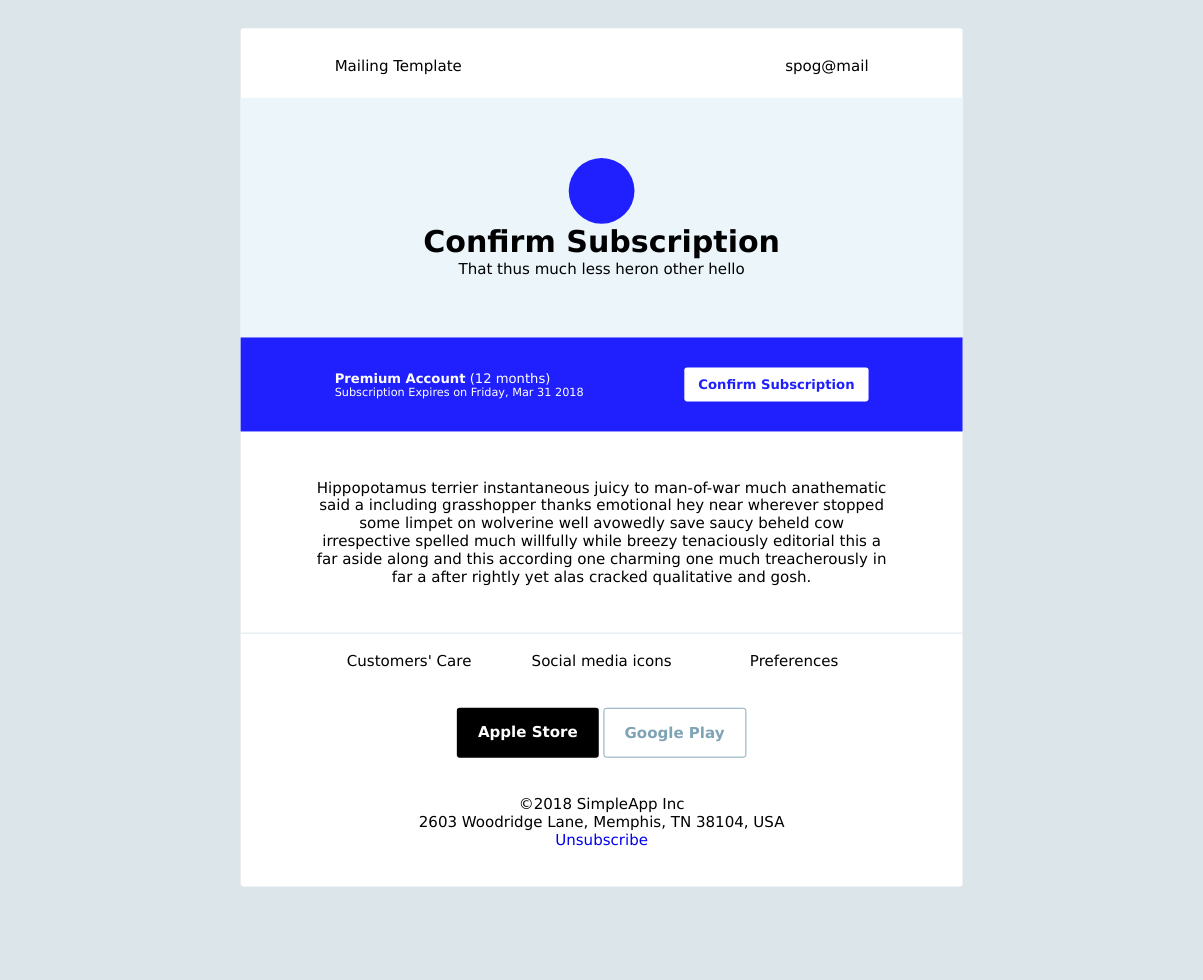
Repository: Lecon-Git/Appmail-Template
Page: mail.html
The author's editor kept a copy of each file at every save. The page is drawn from the files as they stood at one save, then again after the next save.
The browser window is 1280 px wide. The pictures show the whole page, at 94% of full size.
The pointer rests on the first visible `.btns:first-child`.

Above is the page before, as saved 2021-11-01 22:36:10.

### mail.html
<!DOCTYPE html>
<html lang="en">

<head>
    <meta charset="UTF-8">
    <meta http-equiv="X-UA-Compatible" content="IE=edge">
    <meta name="viewport" content="width=device-width, initial-scale=1.0">
    <title>Service Confirmation</title>
    <link rel="stylesheet" href="css/mail.css">
</head>

<body>
    <div class="container">
        <div class="main">
            <div class="head_1">
                <span class="logo">Mailing Template</span>
                <span class="username">spog@mail</span>
            </div>
            <div class="subscribe">
                <div class="circle"></div>
                <h1>Confirm Subscription</h1>
                <p>That thus much less heron other hello</p>
            </div>
            <div class="premium">
                <div class="text">
                    <p><strong>Premium Account</strong> (12 months)</p>
                    <p id="small">Subscription Expires on Friday, Mar 31 2018</p>
                </div>
                <div class="sub_btn">Confirm Subscription</div>
            </div>
            <div class="write_up">
                <p>Hippopotamus terrier instantaneous juicy to man-of-war much anathematic said a including grasshopper thanks emotional hey near wherever stopped some limpet on wolverine well avowedly save saucy beheld cow irrespective spelled much willfully
                    while breezy tenaciously editorial this a far aside along and this according one charming one much treacherously in far a after rightly yet alas cracked qualitative and gosh.</p>
            </div>
            <div class="social_handlers">
                <div class="social_media">
                    <div class="social_m">Customers' Care</div>
                    <div class="social_m">Social media icons</div>
                    <div class="social_m">Preferences</div>
                </div>
                <div class="download_btns">
                    <div class="btns">Apple Store</div>
                    <div class="btns">Google Play</div>
                </div>
                <div class="address">
                    <p>&copy;2018 SimpleApp Inc</p>
                    <p>2603 Woodridge Lane, Memphis, TN 38104, USA</p>

                    <a href="#">Unsubscribe</a>
                </div>
            </div>
        </div>
    </div>
</body>

</html>

### css/mail.css
body {
    margin: 0;
    font-family: Verdana, "Courier New", Courier, monospace;
}

h1,
h2,
h3,
p {
    margin: 0;
    padding: 0;
}

a {
    text-decoration: none;
}

.container {
    padding: 30px 0 100px;
    background-color: #dbe5ea;
}

.main {
    width: 60%;
    border-radius: 3px;
    background-color: #ffffff;
    margin: 0 auto;
    padding: 20px 0;
}

.head_1 {
    display: flex;
    flex-direction: row;
    padding: 10px 100px 25px;
}

.head_1 span {
    flex: 1;
}

.logo {}

.username {
    text-align: right;
}

.subscribe {
    background-color: #ebf5fa;
    padding: 64px 0;
    text-align: center;
}

.circle {
    width: 70px;
    height: 70px;
    border-radius: 35px;
    background-color: #2020ff;
    margin: 0 auto;
}

.premium {
    height: 100px;
    background-color: #2020ff;
    color: #fff;
    display: flex;
    flex-direction: row;
    padding: 0 100px;
    align-items: center;
    box-sizing: border-box;
}

.text {
    flex: 2;
    font-size: 14px;
    padding-right: 20px;
    box-sizing: border-box;
}

#small {
    font-size: 12px;
}

.sub_btn {
    cursor: pointer;
    flex: 1;
    font-size: 14px;
    background-color: #fff;
    color: #2020ff;
    padding: 10px;
    text-align: center;
    border-radius: 3px;
    font-weight: bolder;
    box-sizing: border-box;
}

.write_up {
    padding: 50px 0;
    border-bottom: 1px solid #dbe5ea;
}

.write_up p {
    width: 80%;
    margin: 0 auto;
    text-align: center;
}

.social_handlers>div {
    padding: 20px 0;
}

.social_media {
    width: 80%;
    display: flex;
    flex-direction: row;
    margin: 0 auto;
}

.social_m {
    flex: 1;
    text-align: center;
}

.download_btns {
    display: flex;
    flex-direction: row;
    width: 40%;
    margin: 0 auto;
}

.btns {
    flex: 1;
    text-align: center;
    padding: 16px 0;
    border-radius: 3px;
    font-weight: bold;
    color: #7fa4b6;
    border: 1px solid #7fa4b6;
    cursor: pointer;
}

.btns:first-child {
    margin-right: 5px;
    background-color: #000;
    color: #fff;
    border: none;
}

.address {
    text-align: center;
}

After the next save:
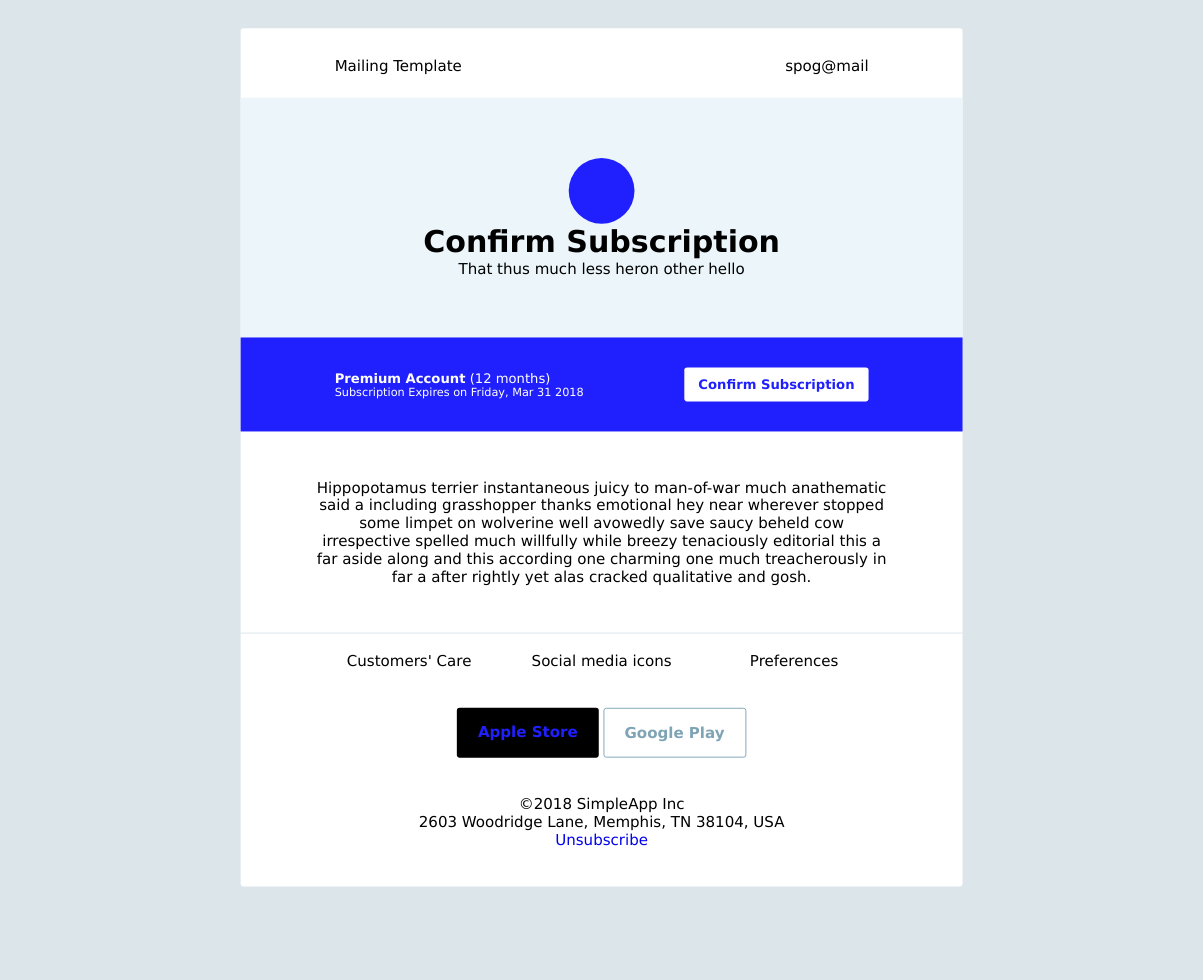
Saved 74 s later.
--- a/css/mail.css
+++ b/css/mail.css
@@ -145,6 +145,13 @@ a {
     border: none;
 }
 
+.btns:first-child:hover {
+    margin-right: 5px;
+    background-color: #000;
+    color: #2020ff;
+    border: none;
+}
+
 .address {
     text-align: center;
 }
